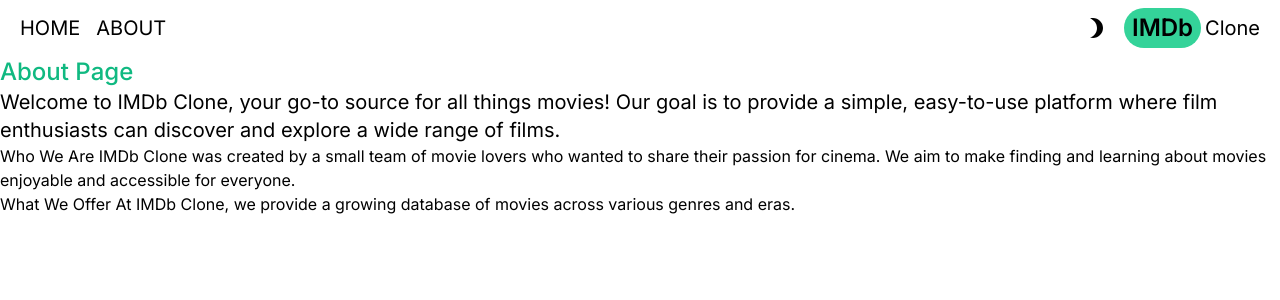
Repository: Tan28-art/Next-JS-Movie-Site
Page: /about (app in starter/)
An editor plug-in stored every save of this project. The page is shown before and after a run of saves, followed by the edit.
The browser window is 1280 px wide. The pictures show the whole page.
The project was rebuilt for these pictures with package versions that can differ from the ones it lists, and the page was loaded fresh each time. The framework's server and built-in components were replaced by stand-ins that run in the browser. Also part of the build but not shown: starter/next.config.mjs.

Above is the page before, as saved 2024-07-23 17:46:57.

### starter/app/layout.tsx
import type { Metadata } from "next";
import { Inter } from "next/font/google";
import "./globals.css";
import Header from "@/components/Header";
import MenuItem from "@/components/MenuItem";
import Providers from "./Providers";


const inter = Inter({ subsets: ["latin"] });

export const metadata: Metadata = {
  title: "Movie App",
  description: "Movie Search App",
};

export default function RootLayout({
  children,
}: Readonly<{
  children: React.ReactNode;
}>) {
  return (
    <html lang="en">
      <body className={inter.className}>
        <Providers>
          <Header />
          {children}
        </Providers>
      </body>
    </html>
  );
}

### starter/app/about/page.tsx
import React from "react";

export default function page() {
  return (
    <div>
      <h1 className="text-2xl font-medium text-emerald-500">About Page</h1>
      <p className="text-xl">
        Welcome to IMDb Clone, your go-to source for all things movies! Our goal
        is to provide a simple, easy-to-use platform where film enthusiasts can
        discover and explore a wide range of films.
      </p>
      <p>
        Who We Are IMDb Clone was created by a small team of movie lovers who
        wanted to share their passion for cinema. We aim to make finding and
        learning about movies enjoyable and accessible for everyone.
      </p>
      <p>
        What We Offer At IMDb Clone, we provide a growing database of movies
        across various genres and eras.
      </p>
    </div>
  );
}

### starter/components/Header.tsx
import React from "react";
import MenuItem from "./MenuItem";
import { TiHome } from "react-icons/ti";
import { TiInfoLarge } from "react-icons/ti";
import Link from "next/link";
import DarkModeSwitch from "./DarkModeSwitch";

export default function Header() {
  return (
    <div className="flex justify-between items-center p-2 px-5 mx-auto">
      <div className="flex gap-4">
        <MenuItem title="Home" Icon={TiHome} address="/" />
        <MenuItem title="About" Icon={TiInfoLarge} address="/about" />
      </div>

      {/* right side of header */}
      <div className="flex items-center gap-4">
        <div className="text-2xl">
          <DarkModeSwitch />
        </div>
        <Link href="/" className="flex gap-1 items-center">
          <span className="text-2xl font-semibold bg-emerald-400 py-1 px-2 rounded-3xl">
            IMDb
          </span>
          <span className="text-xl hidden sm:inline">Clone</span>
        </Link>
      </div>
    </div>
  );
}

### starter/app/Providers.tsx
"use client";
import React from "react";
import { ThemeProvider } from "next-themes";

export default function Providers({ children }: { children: React.ReactNode }) {
    return (
      <ThemeProvider defaultTheme="system" attribute="class">
        <div>{children}</div>
      </ThemeProvider>
    );
  }

### starter/components/MenuItem.tsx
import Link from 'next/link';
import React from 'react'

interface MenuItemProps {
    title: string;
    Icon: any;
    address: string;
  }


export default function MenuItem({ title, Icon, address }: MenuItemProps) {

  if (!address) {
    console.error(`MenuItem component expects a valid 'address' prop, but got '${address}'`);
    return null;
  }

  return (
    <Link href={address} className = 'hover:text-emerald-500'>
      <Icon className = 'text-3xl sm:hidden' />
      <p className = 'uppercase hidden sm:inline text-xl'>{title}</p>
    </Link>
  )
}

### starter/components/DarkModeSwitch.tsx
"use client";

import { MdBrightness3, MdBrightness5 } from "react-icons/md"; // dark mode icon
import { useTheme } from "next-themes";
import React, { useEffect } from "react";

// Wrapper component to add className and onClick support
const IconWithProps = ({ IconComponent, className, onClick }: { IconComponent: any; className: string; onClick?: () => void }) => {
  return <IconComponent className={className} onClick={onClick} />;
};

export default function DarkModeSwitch() {
  const { theme, setTheme, systemTheme } = useTheme();
  const currentTheme = theme === "system" ? systemTheme : theme;
  const [mounted, setMounted] = React.useState(false);
  useEffect(() => setMounted(true), []);

  const handleToggleTheme = () => {
    setTheme(currentTheme === "dark" ? "light" : "dark");
  };

  return (
    <div>
      {mounted && (currentTheme === "dark" ? (
        <IconWithProps IconComponent={MdBrightness5} className="cursor-pointer hover:text-emerald-500" onClick={handleToggleTheme} />
      ) : (
        <IconWithProps IconComponent={MdBrightness3} className="cursor-pointer hover:text-emerald-500" onClick={handleToggleTheme} />
      ))}
    </div>
  );
}

Loaded but not shown: starter/app/globals.css (common file); starter/tailwind.config.ts (common file)

After the next 2 saves:
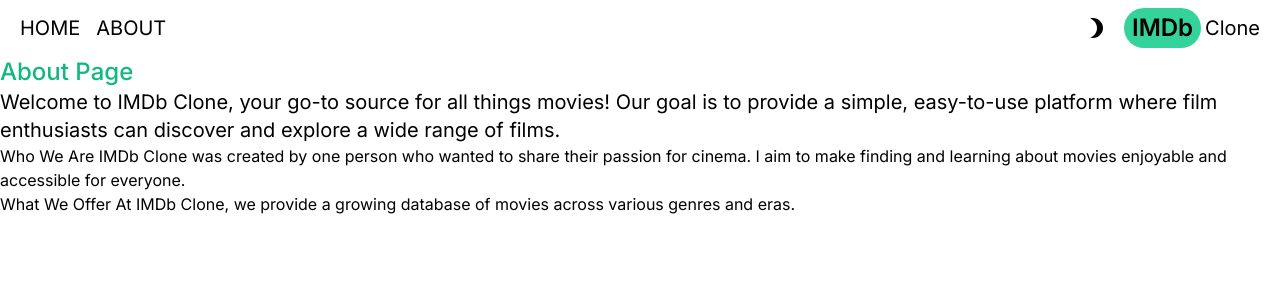
The 2 saves are shown as one change because they came seconds apart.
The last was saved 34 s later.
--- a/starter/app/about/page.tsx
+++ b/starter/app/about/page.tsx
@@ -10,8 +10,8 @@
         discover and explore a wide range of films.
       </p>
       <p>
-        Who We Are IMDb Clone was created by a small team of movie lovers who
-        wanted to share their passion for cinema. We aim to make finding and
+        Who We Are IMDb Clone was created by one person who
+        wanted to share their passion for cinema. I aim to make finding and
         learning about movies enjoyable and accessible for everyone.
       </p>
       <p>
